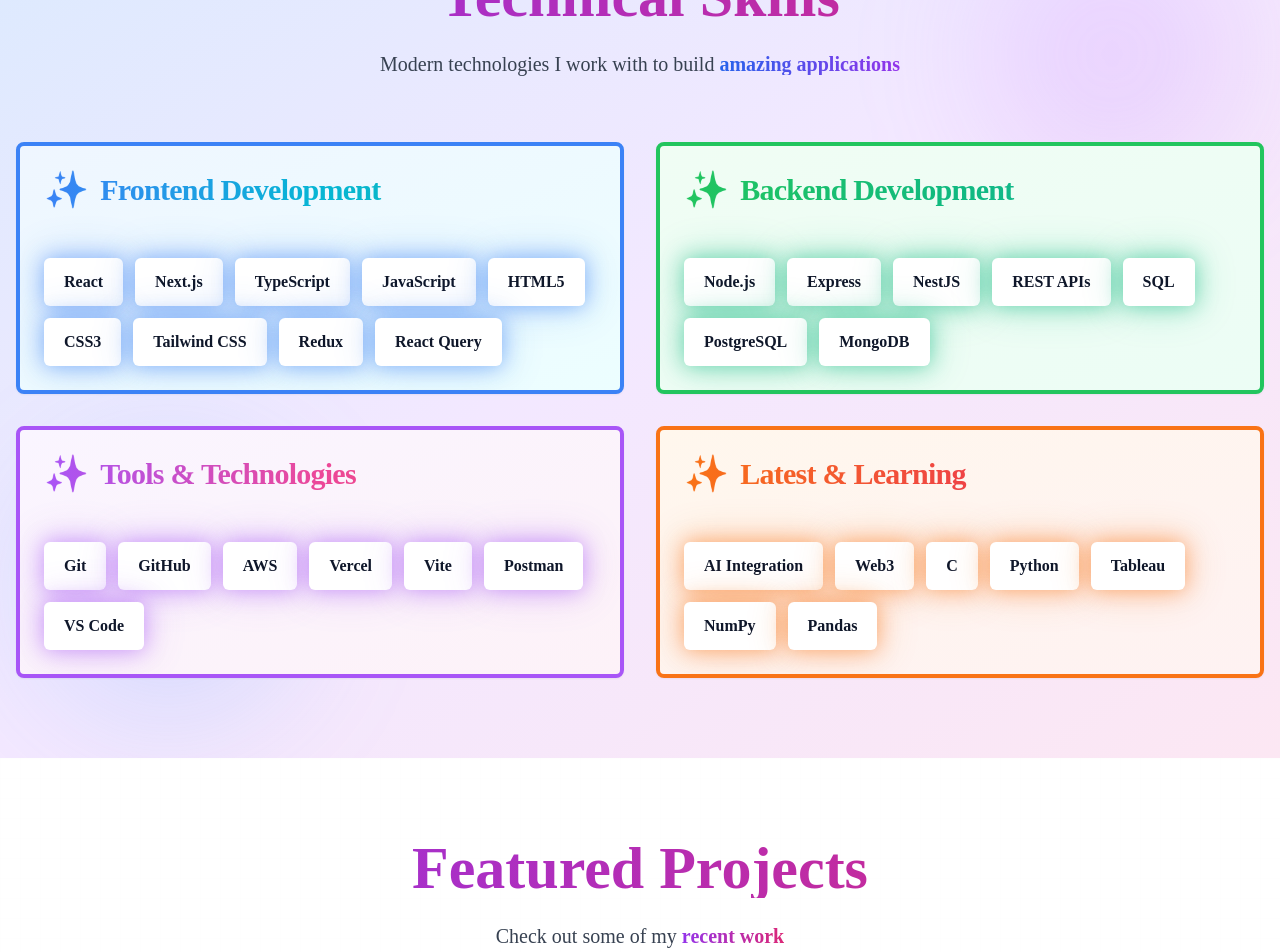
Repository: sm6746/PORTFOLIO
Page: /
These files come from the project's save history. The page is drawn as it stood at one moment and after the next save; the edit follows.
The browser window is 1280 px wide. The pictures show the part of the page from y = 1783 to 2735 px (the page is 8297 px tall).
The project was rebuilt for these pictures with package versions that can differ from the ones it lists, and the page was loaded fresh each time. Also part of the build but not shown: vite.config.ts.

Above is the page before, as saved 2025-11-06 21:18:40.

### index.html
<!DOCTYPE html>
<html lang="en">
  <head>
    <meta charset="UTF-8" />
    <link rel="icon" type="image/svg+xml" href="/favicon.svg" />
    <meta name="viewport" content="width=device-width, initial-scale=1.0" />
    <title>Portfolio</title>
  </head>
  <body>
    <div id="root"></div>
    <script type="module" src="/app/main.tsx"></script>
  </body>
</html>

### app/main.tsx
import React from 'react'
import ReactDOM from 'react-dom/client'
import App from './app'
import './globals.css'

ReactDOM.createRoot(document.getElementById('root')!).render(
  <React.StrictMode>
    <App />
  </React.StrictMode>,
)

### app/app.tsx
import { ThemeProvider } from '@/lib/theme-context';
import { Header } from '@/components/header';
import { HeroSection } from '@/components/hero-section';
import { AboutSection } from '@/components/about-section';
import { SkillsSection } from '@/components/skills-section';
import { ProjectsSection } from '@/components/projects-section';
import { ExperienceSection } from '@/components/experience-section';
import { CertificationsSection } from '@/components/certifications-section';
import { ContactSection } from '@/components/contact-section';
import { Footer } from '@/components/footer';
import { ScrollToTop } from '@/components/scroll-to-top';

function App() {
  return (
    <ThemeProvider>
      <div className="min-h-screen bg-white dark:bg-gray-900 transition-colors duration-300">
        <Header />
        <main>
          <HeroSection />
          <AboutSection />
          <SkillsSection />
          <ProjectsSection />
          <ExperienceSection />
          <CertificationsSection />
          <ContactSection />
        </main>
        <Footer />
        <ScrollToTop />
      </div>
    </ThemeProvider>
  );
}

export default App;

### app/globals.css
@tailwind base;
@tailwind components;
@tailwind utilities;

@layer base {
  :root {
    --background: 0 0% 100%;
    --foreground: 222.2 84% 4.9%;
    --card: 0 0% 100%;
    --card-foreground: 222.2 84% 4.9%;
    --popover: 0 0% 100%;
    --popover-foreground: 222.2 84% 4.9%;
    --primary: 221.2 83.2% 53.3%;
    --primary-foreground: 210 40% 98%;
    --secondary: 210 40% 96.1%;
    --secondary-foreground: 222.2 47.4% 11.2%;
    --muted: 210 40% 96.1%;
    --muted-foreground: 215.4 16.3% 46.9%;
    --accent: 210 40% 96.1%;
    --accent-foreground: 222.2 47.4% 11.2%;
    --destructive: 0 84.2% 60.2%;
    --destructive-foreground: 210 40% 98%;
    --border: 214.3 31.8% 91.4%;
    --input: 214.3 31.8% 91.4%;
    --ring: 221.2 83.2% 53.3%;
    --radius: 0.5rem;
  }

  .dark {
    --background: 222.2 84% 4.9%;
    --foreground: 210 40% 98%;
    --card: 222.2 84% 4.9%;
    --card-foreground: 210 40% 98%;
    --popover: 222.2 84% 4.9%;
    --popover-foreground: 210 40% 98%;
    --primary: 217.2 91.2% 59.8%;
    --primary-foreground: 222.2 47.4% 11.2%;
    --secondary: 217.2 32.6% 17.5%;
    --secondary-foreground: 210 40% 98%;
    --muted: 217.2 32.6% 17.5%;
    --muted-foreground: 215 20.2% 65.1%;
    --accent: 217.2 32.6% 17.5%;
    --accent-foreground: 210 40% 98%;
    --destructive: 0 62.8% 30.6%;
    --destructive-foreground: 210 40% 98%;
    --border: 217.2 32.6% 17.5%;
    --input: 217.2 32.6% 17.5%;
    --ring: 224.3 76.3% 48%;
  }
}

@layer base {
  * {
    @apply border-border;
  }
  body {
    @apply bg-background text-foreground;
  }
}

@layer utilities {
  .bg-grid-pattern {
    background-image: linear-gradient(to right, rgba(0, 0, 0, 0.1) 1px, transparent 1px),
      linear-gradient(to bottom, rgba(0, 0, 0, 0.1) 1px, transparent 1px);
    background-size: 20px 20px;
  }

  .glow-blue {
    box-shadow: 0 0 20px rgba(59, 130, 246, 0.5), 0 0 40px rgba(59, 130, 246, 0.3);
  }

  .glow-purple {
    box-shadow: 0 0 20px rgba(168, 85, 247, 0.5), 0 0 40px rgba(168, 85, 247, 0.3);
  }

  .glow-pink {
    box-shadow: 0 0 20px rgba(236, 72, 153, 0.5), 0 0 40px rgba(236, 72, 153, 0.3);
  }

  .glow-green {
    box-shadow: 0 0 20px rgba(16, 185, 129, 0.5), 0 0 40px rgba(16, 185, 129, 0.3);
  }

  .glow-orange {
    box-shadow: 0 0 20px rgba(249, 115, 22, 0.5), 0 0 40px rgba(249, 115, 22, 0.3);
  }

  @keyframes float {
    0%, 100% { transform: translateY(0px); }
    50% { transform: translateY(-20px); }
  }

  .animate-float {
    animation: float 3s ease-in-out infinite;
  }

  @keyframes gradient-shift {
    0%, 100% { background-position: 0% 50%; }
    50% { background-position: 100% 50%; }
  }

  .animate-gradient {
    background-size: 200% 200%;
    animation: gradient-shift 3s ease infinite;
  }

  @keyframes pulse-glow {
    0%, 100% { box-shadow: 0 0 20px rgba(59, 130, 246, 0.4), 0 0 40px rgba(168, 85, 247, 0.2); }
    50% { box-shadow: 0 0 30px rgba(59, 130, 246, 0.6), 0 0 60px rgba(168, 85, 247, 0.4); }
  }

  .animate-pulse-glow {
    animation: pulse-glow 2s ease-in-out infinite;
  }
}

### lib/theme-context.tsx
import React, { createContext, useContext, useEffect, useState } from 'react';

type Theme = 'light' | 'dark';

type ThemeContextType = {
  theme: Theme;
  toggleTheme: () => void;
};

const ThemeContext = createContext<ThemeContextType | undefined>(undefined);

export function ThemeProvider({ children }: { children: React.ReactNode }) {
  const [theme, setTheme] = useState<Theme>(() => {
    const stored = localStorage.getItem('portfolio-theme');
    return (stored as Theme) || 'light';
  });

  useEffect(() => {
    localStorage.setItem('portfolio-theme', theme);
    document.documentElement.classList.toggle('dark', theme === 'dark');
  }, [theme]);

  const toggleTheme = () => {
    setTheme(prev => (prev === 'light' ? 'dark' : 'light'));
  };

  return (
    <ThemeContext.Provider value={{ theme, toggleTheme }}>
      {children}
    </ThemeContext.Provider>
  );
}

export function useTheme() {
  const context = useContext(ThemeContext);
  if (!context) {
    throw new Error('useTheme must be used within ThemeProvider');
  }
  return context;
}

### components/skills-section.tsx
import { Badge } from '@/components/ui/badge';
import { Card, CardContent, CardHeader, CardTitle } from '@/components/ui/card';
import { useScrollAnimation } from '@/hooks/use-scroll-animation';

export function SkillsSection() {
  const { ref, isVisible } = useScrollAnimation();

  const skillCategories = [
    {
      title: 'Frontend Development',
      color: 'from-blue-500 via-cyan-500 to-teal-500',
      bgColor: 'bg-gradient-to-br from-blue-50 to-cyan-50 dark:from-blue-950/50 dark:to-cyan-950/50',
      borderColor: 'border-blue-500',
      glowClass: 'glow-blue',
      skills: [
        'React', 'Next.js', 'TypeScript', 'JavaScript', 'HTML5', 'CSS3',
        'Tailwind CSS', 'Redux', 'React Query'
      ],
    },
    {
      title: 'Backend Development',
      color: 'from-green-500 via-emerald-500 to-teal-500',
      bgColor: 'bg-gradient-to-br from-green-50 to-emerald-50 dark:from-green-950/50 dark:to-emerald-950/50',
      borderColor: 'border-green-500',
      glowClass: 'glow-green',
      skills: [
        'Node.js', 'Express', 'NestJS', 'REST APIs', 'SQL',
        'PostgreSQL', 'MongoDB'
      ],
    },
    {
      title: 'Tools & Technologies',
      color: 'from-purple-500 via-pink-500 to-rose-500',
      bgColor: 'bg-gradient-to-br from-purple-50 to-pink-50 dark:from-purple-950/50 dark:to-pink-950/50',
      borderColor: 'border-purple-500',
      glowClass: 'glow-purple',
      skills: [
        'Git', 'GitHub', 'AWS', 'Vercel',
         'Vite', 'Postman', 'VS Code'
      ],
    },
    {
      title: 'Latest & Learning',
      color: 'from-orange-500 via-red-500 to-pink-500',
      bgColor: 'bg-gradient-to-br from-orange-50 to-red-50 dark:from-orange-950/50 dark:to-red-950/50',
      borderColor: 'border-orange-500',
      glowClass: 'glow-orange',
      skills: [
        'AI Integration', 'Web3', 'C' , 'Python', 'Tableau', 'NumPy', 'Pandas'
      ],
    },
  ];

  return (
    <section
      id="skills"
      ref={ref as React.RefObject<HTMLElement>}
      className="py-20 bg-gradient-to-br from-blue-100 via-purple-100 to-pink-100 dark:from-gray-800 dark:via-purple-900/10 dark:to-blue-900/10 relative overflow-hidden"
    >
      <div className="absolute top-10 right-10 w-64 h-64 bg-purple-400/20 rounded-full blur-3xl"></div>
      <div className="absolute bottom-10 left-10 w-64 h-64 bg-blue-400/20 rounded-full blur-3xl"></div>

      <div className="container mx-auto px-4 relative z-10">
        <div
          className={`transition-all duration-1000 ${
            isVisible ? 'opacity-100 translate-y-0' : 'opacity-0 translate-y-10'
          }`}
        >
          <h2 className="text-5xl md:text-6xl font-extrabold text-center mb-6 bg-gradient-to-r from-blue-600 via-purple-600 to-pink-600 dark:from-blue-400 dark:via-purple-400 dark:to-pink-400 bg-clip-text text-transparent animate-gradient">
            Technical Skills
          </h2>
          <p className="text-center text-gray-700 dark:text-gray-300 mb-16 text-xl font-medium">
            Modern technologies I work with to build <span className="text-transparent bg-clip-text bg-gradient-to-r from-blue-600 to-purple-600 font-bold">amazing applications</span>
          </p>

          <div className="grid md:grid-cols-2 gap-8">
            {skillCategories.map((category, index) => (
              <Card
                key={index}
                className={`group hover:shadow-2xl transition-all duration-500 transform hover:-translate-y-3 hover:scale-105 border-4 ${category.borderColor} ${category.bgColor} overflow-hidden ${
                  isVisible ? 'opacity-100 translate-y-0' : 'opacity-0 translate-y-10'
                }`}
                style={{ transitionDelay: `${index * 150}ms` }}
              >
                <div className={`absolute inset-0 bg-gradient-to-br ${category.color} opacity-0 group-hover:opacity-10 transition-opacity duration-500`}></div>
                <CardHeader className="relative">
                  <CardTitle className={`text-3xl font-bold bg-gradient-to-r ${category.color} bg-clip-text text-transparent flex items-center gap-3`}>
                    <span className="text-4xl">✨</span>
                    {category.title}
                  </CardTitle>
                </CardHeader>
                <CardContent className="p-6 relative">
                  <div className="flex flex-wrap gap-3">
                    {category.skills.map((skill, skillIndex) => (
                      <Badge
                        key={skillIndex}
                        variant="secondary"
                        className={`px-5 py-3 text-base font-bold hover:scale-125 transition-all duration-300 cursor-pointer bg-white dark:bg-gray-800 hover:shadow-2xl border-3 hover:border-current transform hover:-rotate-3 ${category.glowClass}`}
                      >
                        {skill}
                      </Badge>
                    ))}
                  </div>
                </CardContent>
              </Card>
            ))}
          </div>
        </div>
      </div>
    </section>
  );
}

### components/footer.tsx
import { Github, Linkedin, Mail, Twitter } from 'lucide-react';
import { Button } from '@/components/ui/button';

export function Footer() {
  return (
    <footer className="py-12 bg-gray-900 text-white">
      <div className="container mx-auto px-4">
        <div className="flex flex-col items-center gap-6">
          <div className="text-3xl font-bold bg-gradient-to-r from-blue-400 to-purple-400 bg-clip-text text-transparent">
            SHIVANI MEHRA
          </div>
          <p className="text-gray-400 text-center max-w-md">
            Building the future, one line of code at a time. Let's create something amazing together.
          </p>
          <div className="flex gap-4">
            <Button
              variant="ghost"
              size="icon"
              className="rounded-full hover:bg-blue-600/20 text-gray-300 hover:text-white transition-all"
            >
              <Github className="h-5 w-5" />
            </Button>
            <Button
              variant="ghost"
              size="icon"
              className="rounded-full hover:bg-blue-600/20 text-gray-300 hover:text-white transition-all"
            >
              <Linkedin className="h-5 w-5" />
            </Button>
            <Button
              variant="ghost"
              size="icon"
              className="rounded-full hover:bg-blue-600/20 text-gray-300 hover:text-white transition-all"
            >
              <Twitter className="h-5 w-5" />
            </Button>
            <Button
              variant="ghost"
              size="icon"
              className="rounded-full hover:bg-blue-600/20 text-gray-300 hover:text-white transition-all"
            >
              <Mail className="h-5 w-5" />
            </Button>
          </div>
          <div className="border-t border-gray-800 pt-6 w-full text-center">
            <p className="text-gray-500 text-sm">

            </p>
          </div>
        </div>
      </div>
    </footer>
  );
}

### components/scroll-to-top.tsx
import { Button } from '@/components/ui/button';
import { ArrowUp } from 'lucide-react';
import { useEffect, useState } from 'react';

export function ScrollToTop() {
  const [isVisible, setIsVisible] = useState(false);

  useEffect(() => {
    const toggleVisibility = () => {
      setIsVisible(window.scrollY > 500);
    };

    window.addEventListener('scroll', toggleVisibility);
    return () => window.removeEventListener('scroll', toggleVisibility);
  }, []);

  const scrollToTop = () => {
    window.scrollTo({ top: 0, behavior: 'smooth' });
  };

  if (!isVisible) return null;

  return (
    <Button
      onClick={scrollToTop}
      size="icon"
      className="fixed bottom-8 right-8 z-50 rounded-full shadow-lg bg-gradient-to-r from-blue-600 to-purple-600 hover:from-blue-700 hover:to-purple-700 animate-bounce"
    >
      <ArrowUp className="h-5 w-5" />
    </Button>
  );
}

### components/ui/button.tsx
import * as React from "react"
import { Slot } from "@radix-ui/react-slot"
import { cva, type VariantProps } from "class-variance-authority"

import { cn } from "@/lib/utlis"

const buttonVariants = cva(
  "inline-flex items-center justify-center gap-2 whitespace-nowrap rounded-md text-sm font-medium transition-colors focus-visible:outline-none focus-visible:ring-1 focus-visible:ring-ring disabled:pointer-events-none disabled:opacity-50 [&_svg]:pointer-events-none [&_svg]:size-4 [&_svg]:shrink-0",
  {
    variants: {
      variant: {
        default:
          "bg-primary text-primary-foreground shadow hover:bg-primary/90",
        destructive:
          "bg-destructive text-destructive-foreground shadow-sm hover:bg-destructive/90",
        outline:
          "border border-input bg-background shadow-sm hover:bg-accent hover:text-accent-foreground",
        secondary:
          "bg-secondary text-secondary-foreground shadow-sm hover:bg-secondary/80",
        ghost: "hover:bg-accent hover:text-accent-foreground",
        link: "text-primary underline-offset-4 hover:underline",
      },
      size: {
        default: "h-9 px-4 py-2",
        sm: "h-8 rounded-md px-3 text-xs",
        lg: "h-10 rounded-md px-8",
        icon: "h-9 w-9",
      },
    },
    defaultVariants: {
      variant: "default",
      size: "default",
    },
  }
)

export interface ButtonProps
  extends React.ButtonHTMLAttributes<HTMLButtonElement>,
    VariantProps<typeof buttonVariants> {
  asChild?: boolean
}

const Button = React.forwardRef<HTMLButtonElement, ButtonProps>(
  ({ className, variant, size, asChild = false, ...props }, ref) => {
    const Comp = asChild ? Slot : "button"
    return (
      <Comp
        className={cn(buttonVariants({ variant, size, className }))}
        ref={ref}
        {...props}
      />
    )
  }
)
Button.displayName = "Button"

export { Button, buttonVariants }

### hooks/use-scroll-animation.ts
import { useEffect, useRef, useState } from 'react';

export function useScrollAnimation() {
  const ref = useRef<HTMLElement>(null);
  const [isVisible, setIsVisible] = useState(false);

  useEffect(() => {
    const observer = new IntersectionObserver(
      ([entry]) => {
        if (entry.isIntersecting) {
          setIsVisible(true);
        }
      },
      { threshold: 0.1 }
    );

    if (ref.current) {
      observer.observe(ref.current);
    }

    return () => {
      if (ref.current) {
        observer.unobserve(ref.current);
      }
    };
  }, []);

  return { ref, isVisible };
}

### components/ui/card.tsx
import * as React from "react"

import { cn } from "@/lib/utlis"

const Card = React.forwardRef<
  HTMLDivElement,
  React.HTMLAttributes<HTMLDivElement>
>(({ className, ...props }, ref) => (
  <div
    ref={ref}
    className={cn(
      "rounded-lg border bg-card text-card-foreground shadow-sm",
      className,
    )}
    {...props}
  />
))
Card.displayName = "Card"

const CardHeader = React.forwardRef<
  HTMLDivElement,
  React.HTMLAttributes<HTMLDivElement>
>(({ className, ...props }, ref) => (
  <div
    ref={ref}
    className={cn("flex flex-col space-y-1.5 p-6", className)}
    {...props}
  />
))
CardHeader.displayName = "CardHeader"

const CardTitle = React.forwardRef<
  HTMLParagraphElement,
  React.HTMLAttributes<HTMLHeadingElement>
>(({ className, ...props }, ref) => (
  <h3
    ref={ref}
    className={cn(
      "text-2xl font-semibold leading-none tracking-tight",
      className,
    )}
    {...props}
  />
))
CardTitle.displayName = "CardTitle"

const CardDescription = React.forwardRef<
  HTMLParagraphElement,
  React.HTMLAttributes<HTMLParagraphElement>
>(({ className, ...props }, ref) => (
  <p
    ref={ref}
    className={cn("text-sm text-muted-foreground", className)}
    {...props}
  />
))
CardDescription.displayName = "CardDescription"

const CardContent = React.forwardRef<
  HTMLDivElement,
  React.HTMLAttributes<HTMLDivElement>
>(({ className, ...props }, ref) => (
  <div ref={ref} className={cn("p-6 pt-0", className)} {...props} />
))
CardContent.displayName = "CardContent"

const CardFooter = React.forwardRef<
  HTMLDivElement,
  React.HTMLAttributes<HTMLDivElement>
>(({ className, ...props }, ref) => (
  <div
    ref={ref}
    className={cn("flex items-center p-6 pt-0", className)}
    {...props}
  />
))
CardFooter.displayName = "CardFooter"

export { Card, CardHeader, CardFooter, CardTitle, CardDescription, CardContent }

### components/ui/badge.tsx
import * as React from "react"
import { cva, type VariantProps } from "class-variance-authority"

import { cn } from "@/lib/utlis"

const badgeVariants = cva(
  "inline-flex items-center rounded-md border px-2.5 py-0.5 text-xs font-semibold transition-colors focus:outline-none focus:ring-2 focus:ring-ring focus:ring-offset-2",
  {
    variants: {
      variant: {
        default:
          "border-transparent bg-primary text-primary-foreground shadow hover:bg-primary/80",
        secondary:
          "border-transparent bg-secondary text-secondary-foreground hover:bg-secondary/80",
        destructive:
          "border-transparent bg-destructive text-destructive-foreground shadow hover:bg-destructive/80",
        outline: "text-foreground",
      },
    },
    defaultVariants: {
      variant: "default",
    },
  }
)

export interface BadgeProps
  extends React.HTMLAttributes<HTMLDivElement>,
    VariantProps<typeof badgeVariants> {}

function Badge({ className, variant, ...props }: BadgeProps) {
  return (
    <div className={cn(badgeVariants({ variant }), className)} {...props} />
  )
}

export { Badge, badgeVariants }

### components/ui/input.tsx
import * as React from "react"

import { cn } from "@/lib/utlis"

const Input = React.forwardRef<HTMLInputElement, React.ComponentProps<"input">>(
  ({ className, type, ...props }, ref) => {
    return (
      <input
        type={type}
        className={cn(
          "flex h-9 w-full rounded-md border border-input bg-transparent px-3 py-1 text-base shadow-sm transition-colors file:border-0 file:bg-transparent file:text-sm file:font-medium file:text-foreground placeholder:text-muted-foreground focus-visible:outline-none focus-visible:ring-1 focus-visible:ring-ring disabled:cursor-not-allowed disabled:opacity-50 md:text-sm",
          className
        )}
        ref={ref}
        {...props}
      />
    )
  }
)
Input.displayName = "Input"

export { Input }

### components/ui/textarea.tsx
import * as React from "react"

import { cn } from "@/lib/utlis"

const Textarea = React.forwardRef<
  HTMLTextAreaElement,
  React.ComponentProps<"textarea">
>(({ className, ...props }, ref) => {
  return (
    <textarea
      className={cn(
        "flex min-h-[60px] w-full rounded-md border border-input bg-transparent px-3 py-2 text-base shadow-sm placeholder:text-muted-foreground focus-visible:outline-none focus-visible:ring-1 focus-visible:ring-ring disabled:cursor-not-allowed disabled:opacity-50 md:text-sm",
        className
      )}
      ref={ref}
      {...props}
    />
  )
})
Textarea.displayName = "Textarea"

export { Textarea }

Loaded but not shown: lib/utlis.tsx (common file); tailwind.config.js (62 lines, source omitted); components/projects-section.tsx (180 lines, source omitted); components/contact-section.tsx (144 lines, source omitted); components/experience-section.tsx (143 lines, source omitted); components/certifications-section.tsx (150 lines, source omitted); components/about-section.tsx (79 lines, source omitted); components/hero-section.tsx (100 lines, source omitted); components/header.tsx (82 lines, source omitted)

After the next save:
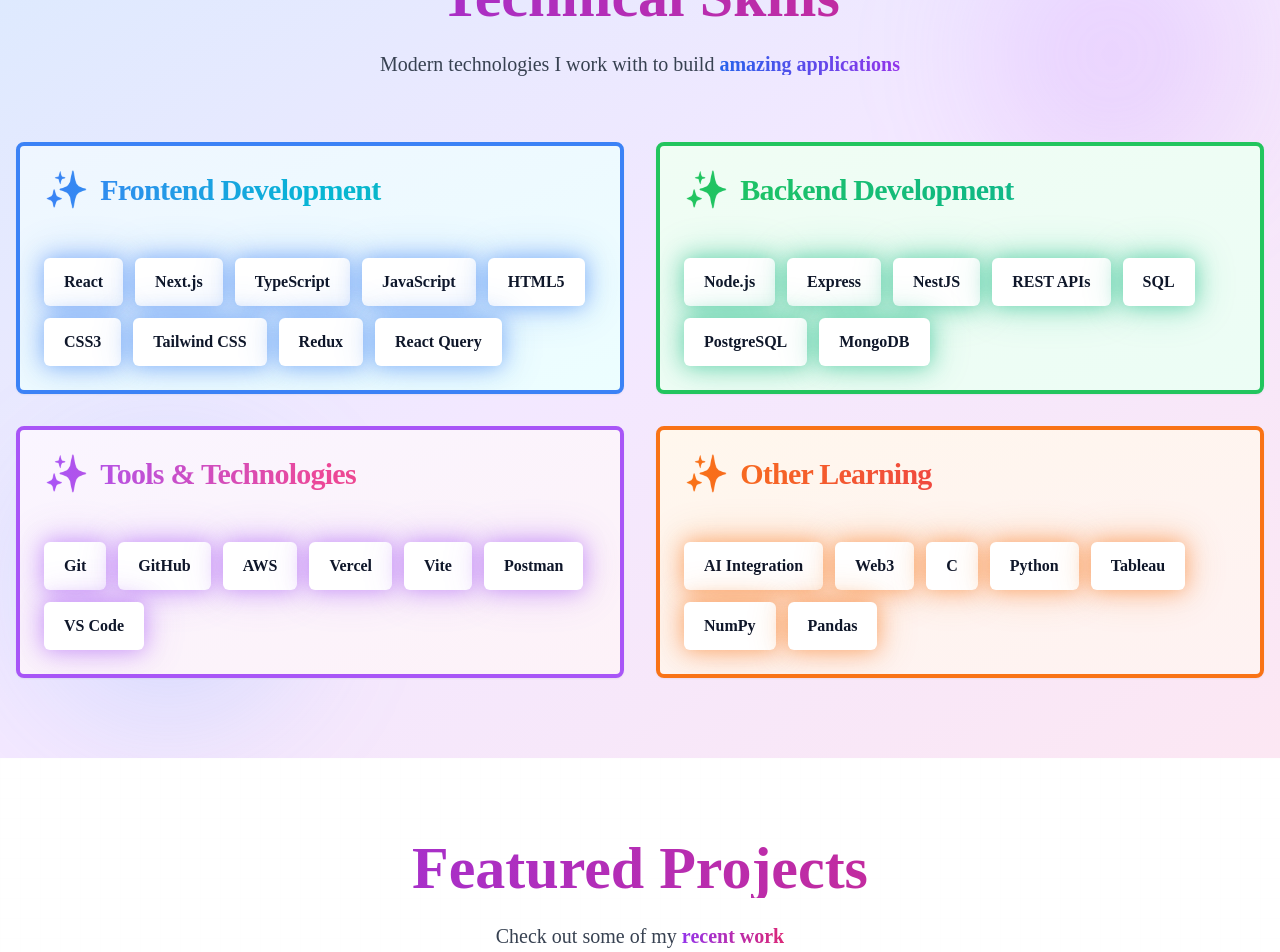
Saved 32 s later.
--- a/components/skills-section.tsx
+++ b/components/skills-section.tsx
@@ -40,7 +40,7 @@
       ],
     },
     {
-      title: 'Latest & Learning',
+      title: 'Other Learning',
       color: 'from-orange-500 via-red-500 to-pink-500',
       bgColor: 'bg-gradient-to-br from-orange-50 to-red-50 dark:from-orange-950/50 dark:to-red-950/50',
       borderColor: 'border-orange-500',
